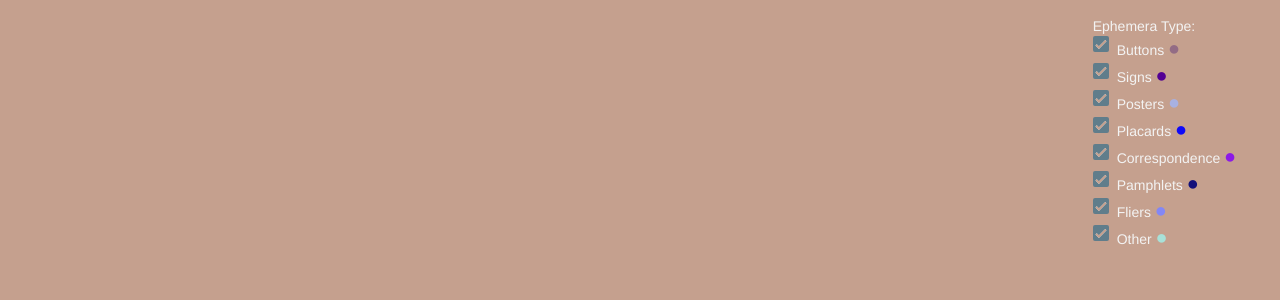
Repository: m0llyc00k/Major-studio-1
Page: Qualitative/examples-beeswarm/index-2.html
The author's editor kept a record of every edit. The page is drawn from the files as they stood at one moment, then again after the next edit.
The browser window is 1280 px wide. The pictures show the whole page.
The page's requests for data from a server got no answer.

Above is the page before.

After the next edit:
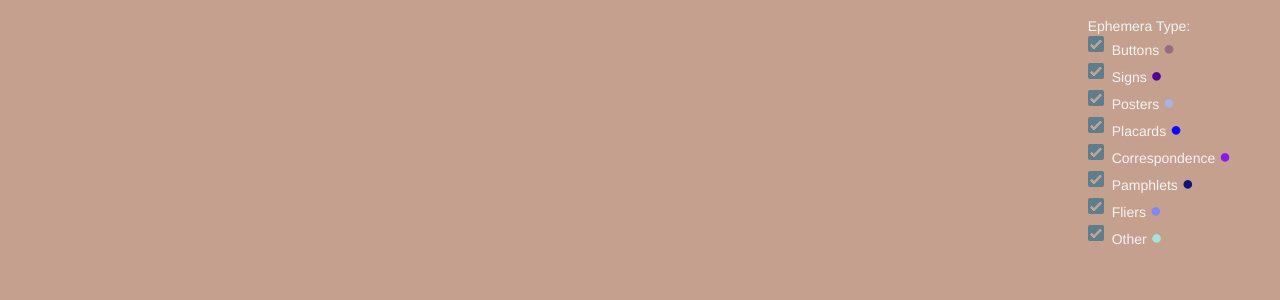
The edit:
--- a/Qualitative/examples-beeswarm/index-2.html
+++ b/Qualitative/examples-beeswarm/index-2.html
@@ -14,8 +14,8 @@
 
       .grid-container {
           display: grid;
-          grid-template-columns: 1fr 1fr;
-          grid-gap: 20px;
+          grid-template-columns: 10fr 5fr;
+          grid-gap: 10px;
           }
 
 
